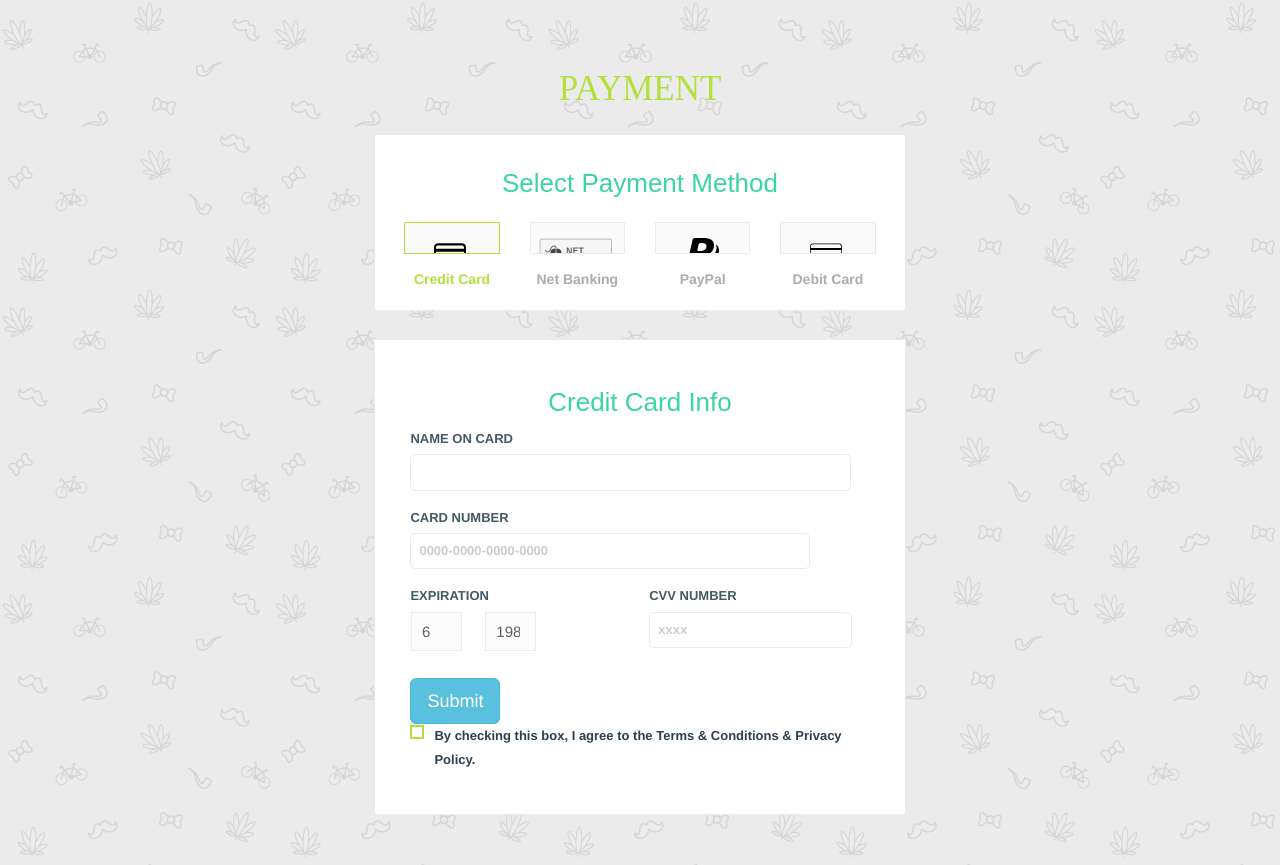
Repository: abinbabu/project-1-final
Page: http://localhost/shoppingcartfront/WEB-INF/views/lastpage.jsp
These files come from the project's save history. The page is drawn as it stood at one moment and after the next save; the edit follows.
The browser window is 1280 px wide. The pictures show the whole page.
Some web fonts or font styles are not loaded; a fallback is used. The page is served by Tomcat 9. Nobody is signed in. The template is opened directly, without the code that normally fills it, so the values that code supplies are empty.

Above is the page before, as saved 2016-08-21 09:30:37.

After the next save:
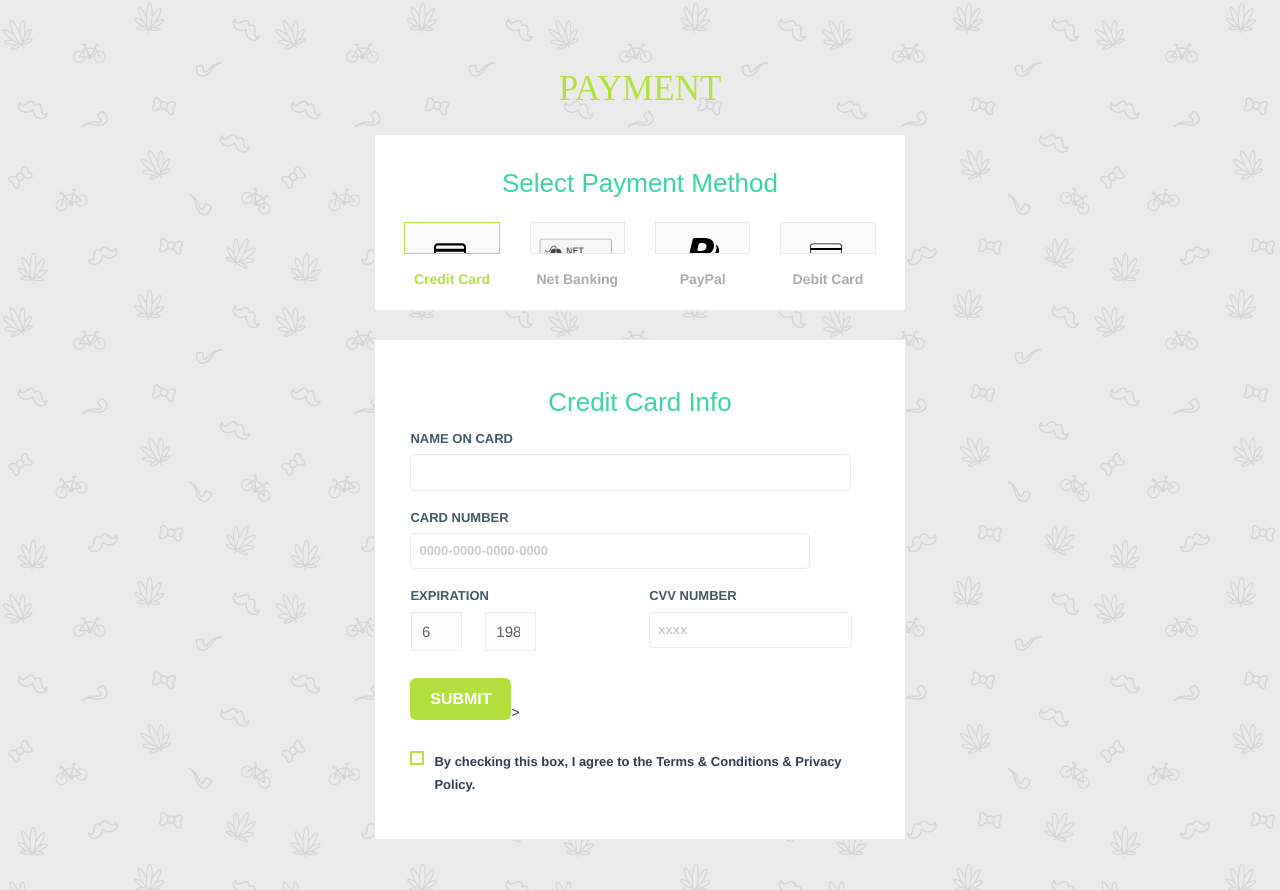
Saved 101 s later.
--- a/final complete/shoppingcartfront/src/main/webapp/WEB-INF/views/lastpage.jsp
+++ b/final complete/shoppingcartfront/src/main/webapp/WEB-INF/views/lastpage.jsp
@@ -78,7 +78,7 @@
 													</div>
 													<div class="clear"></div>
 												</div>
-												<button type="button" class="btn btn-info btn-lg" data-toggle="modal" data-target="#myModal">Submit</button>
+												<input type="submit" value="SUBMIT" class="btn btn-info btn-lg" data-toggle="modal" data-target="#myModal">>
 											</form>
 											<div class="single-bottom">
 													<ul>
@@ -203,5 +203,24 @@
 
 		</div>
 		</div>
+		<div class="modal fade" id="myModal" role="dialog">
+    <div class="modal-dialog">
+
+      <!-- Modal content-->
+      <div class="modal-content">
+        <div class="modal-header">
+          <button type="button" class="close" data-dismiss="modal">&times;</button>
+
+        </div>
+        <div class="modal-body">
+          <p>THANK YOU FOR SHOPPING...    </p>
+        </div>
+        <div class="modal-footer">
+          <button type="button" class="btn btn-default" data-dismiss="modal">Shop More</button>
+        </div>
+      </div>
+
+    </div>
+  </div>
 </body>
 </html>
